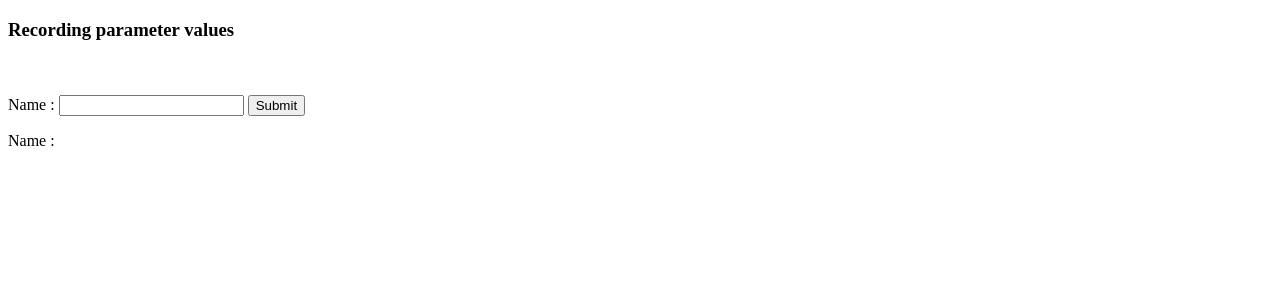
Repository: tomaters/servlets-JSP
Page: http://localhost/jsptest/eltag/elex5.jsp
An editor plug-in stored every save of this project. The page is shown before and after the next save, followed by the edit.
The browser window is 1280 px wide. The pictures show the whole page.
The page is served by Tomcat 10. Other server files are loaded and not shown.

Above is the page before, as saved 2023-12-08 02:14:49.

### jsptest/src/main/webapp/eltag/elex5.jsp
<%@ page language="java" contentType="text/html; charset=UTF-8"
    pageEncoding="UTF-8"%>
    <% request.setCharacterEncoding("utf-8");%>

<!DOCTYPE html>
<html>
<head>
<meta charset="UTF-8">
<title>Insert title here</title>
</head>
<body>
<H3>Recording parameter values</H3>
<br></br>
<FORM action="elex5.jsp" method="post">
 Name : <input type="text" name="name" value="${param['name']}">
 <input type="submit" value="Submit">
</FORM>
<P>
Name : ${param.name}</P>
</body>
</html>

After the next save:
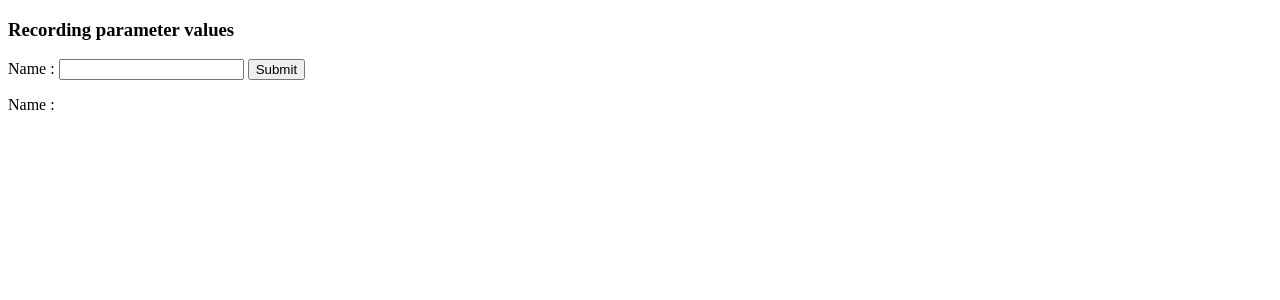
Saved 11 s later.
--- a/jsptest/src/main/webapp/eltag/elex5.jsp
+++ b/jsptest/src/main/webapp/eltag/elex5.jsp
@@ -10,7 +10,6 @@
 </head>
 <body>
 <H3>Recording parameter values</H3>
-<br></br>
 <FORM action="elex5.jsp" method="post">
  Name : <input type="text" name="name" value="${param['name']}">
  <input type="submit" value="Submit">
